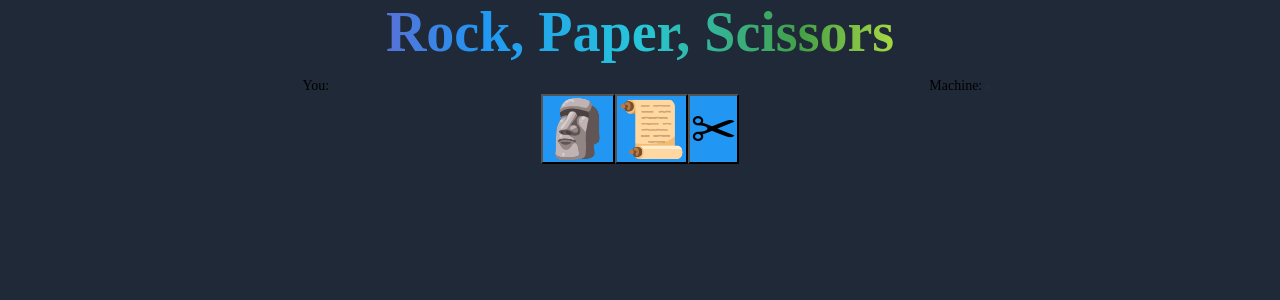
Repository: dung8466/RPS
Page: index.html
These files come from the project's save history. The page is drawn as it stood at one moment and after the next save; the edit follows.
The browser window is 1280 px wide. The pictures show the whole page.

Above is the page before, as saved 2022-07-01 21:38:16.

After the next save:
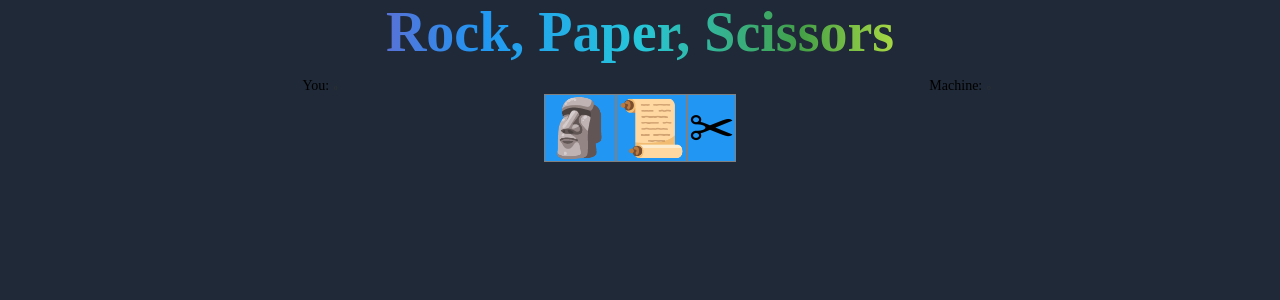
Saved 31 s later.
--- a/style.css
+++ b/style.css
@@ -20,7 +20,7 @@
 
   .selection {
     background-color: #2196f3;
-
+    border: solid 1px gray;
     cursor: pointer;
     font-size: 4rem;
     transition: 100ms;
